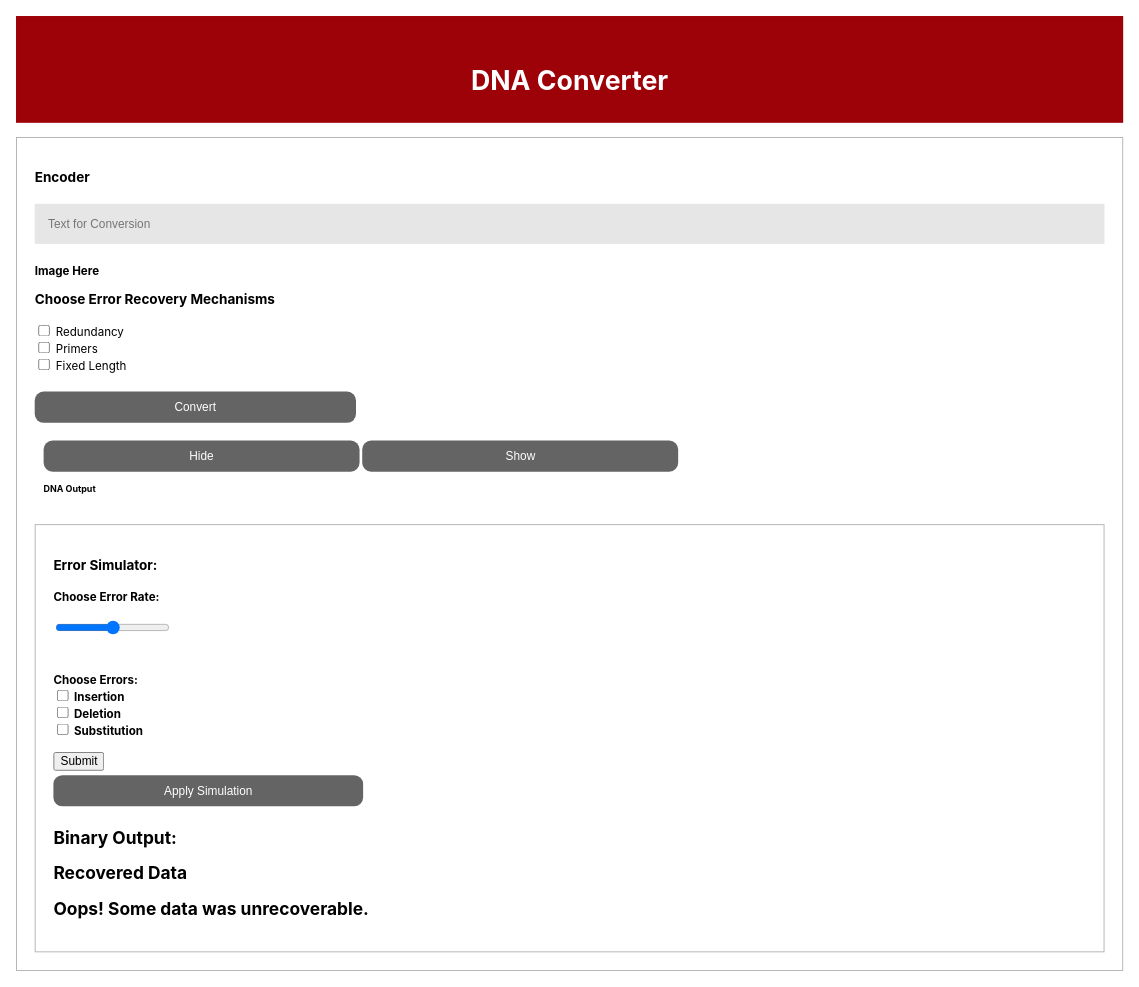
Repository: komalharjani/MSc-Thesis-DNA-Storage
Page: index.html
An editor plug-in stored every save of this project. The page is shown before and after the next save, followed by the edit.
The browser window is 1280 px wide. The pictures show the whole page, at 89% of full size.

Above is the page before, as saved 2020-08-16 22:31:07.

### index.html
<!DOCTYPE html>
<html lang="en">

<head>
    <link href="index.css" rel="stylesheet">
    <meta charset="UTF-8">
    <meta name="viewport" content="width=device-width, initial-scale=1.0">
    <title>Document</title>
    <script src="https://ajax.googleapis.com/ajax/libs/jquery/3.5.1/jquery.min.js"></script>
</head>

<body>
    <div id="LoginPage">
        <div class="header"><br>
            <h2> DNA Converter </h2>
        </div><br>

        <div class="loginContainer">
            <h3>Encoder</h3>
            <input type="text" placeholder="Text for Conversion" id="textToConvert" required class="input">
            <label for="text"><b>Image Here</b></label>
            <h3>Choose Error Recovery Mechanisms</h3>
            <form>
                <input type="checkbox" id="vehicle1" name="vehicle1" value="Bike">
                <label for="vehicle1"> Redundancy </label><br>
                <input type="checkbox" id="vehicle2" name="vehicle2" value="Car">
                <label for="vehicle2"> Primers </label><br>
                <input type="checkbox" id="vehicle3" name="vehicle3" value="Boat">
                <label for="vehicle3"> Fixed Length</label><br><br>
            </form>
            <button onclick="onSubmit()" id="submit">Convert</button><br>

            <div class="row">
                <div class="column">
                    <button id="hide">Hide</button>
                <button id="show">Show</button>
                  <h2>DNA Output</h2>
                  <p id="dnaOutput"></p>
            </div>

            <script>
                $(document).ready(function(){
                  $("#hide").click(function(){
                    $("p").hide();
                  });
                  $("#show").click(function(){
                    $("p").show();
                  });
                });
                </script>

        </div><br>
        <div class="loginContainer">
            <h3>Error Simulator:</h3>
            <h4>Choose Error Rate:</h4>
            <input type="range" name="rangeInput" min="0" max="10" onchange="updateTextInput(this.value);">
            <input type="number" id="textInput" value="" class="range" max="10"><br>
            <h4>Choose Errors:</h4<br>
                <form>
                    <input type="checkbox" id="vehicle1" name="vehicle1" value="Bike">
                    <label for="vehicle1"> Insertion </label><br>
                    <input type="checkbox" id="vehicle2" name="vehicle2" value="Car">
                    <label for="vehicle2"> Deletion </label><br>
                    <input type="checkbox" id="vehicle3" name="vehicle3" value="Boat">
                    <label for="vehicle3"> Substitution </label><br><br>
                    <input type="submit" value="Submit">
                </form>
                <button onclick="" id="error">Apply Simulation</button><br>
                <!--Take Error Rate from On Submit-->
                <h2>Binary Output:</h2>
                <h2>Recovered Data</h2>
                <h2>Oops! Some data was unrecoverable. </h2>
        </div>
    </div>

</body>
<script src="index.js"></script>

</html>

### index.css
body {
    background-color:white;
    resize: both;
    overflow: auto;
}

.labelText {
  width: 100%;
  padding: 15px;
  margin: 5px 0 22px 0;
  display: inline-block;
  border: none;
  background: #cacaca;
}

.search {
  width: 30%;
  padding: 15px;
  margin: 5px 0 22px 0;
  display: inline-block;
  border: none;
  background: #e6e6e6;
}

.runBtn {
  background-color: #000000;
  border: 1px solid #ffffff;
  color: rgb(255, 255, 255);
  padding: 14px 20px;
  margin-top: 5px;
  margin-bottom: 5px;
  margin-right: 2px;
  margin-left: 0;
  border: none;
  cursor: pointer;
  width: 100%;
  opacity: 0.9;
  font-size: 15px;
}

#map{
  height: 400px;
  width: 100%;
}

#profile {
  border-radius: 50%;
}

.profile {
    padding: 10px;
    text-align: center;
    height: auto;
}

/* Full-width input fields */
.input {
  width: 100%;
  padding: 15px;
  margin: 5px 0 22px 0;
  display: inline-block;
  border: none;
  background: #e6e6e6;
}

.range {
  margin: 5px 0 22px 0;
  display: inline-block;
  border: none;
  text-align: right;
}

li {
  width: 100%;
  padding: 15px;
  margin: 5px 0 22px 0;
  display: inline-block;
  border: none;
  background: #cacaca;
}

ul {
  padding: 0;
}


/* Add a background color when the inputs get focus */
input[type=text]:focus, input[type=password]:focus {
  background-color: rgb(184, 184, 184);
  outline: none;
}

/* button {
  background-color: #000000;
  color: rgb(255, 255, 255);
  padding: 14px 20px;
  margin: 8px;
  border: none;
  cursor: pointer;
  width: 30%;
  opacity: 0.9;
  border-radius: 20px;
} */

.loginContainer {
  width: 100%;
  float: center;
  padding: 20px;
  border: 0.5px solid #afafaf;
  height: auto;

}

.row:after {
  content: "";
  display: table;
  clear: both;
}

.column {
  float: left;
  width: 100%;
  padding: 10px;
  height: auto;
  font-size: 5pt;
  word-break:break-all;
}

#button {
  background-color: #4CAF50; /* Green */
  border: none;
  color: white;
  padding: 15px 32px;
  text-align: center;
  text-decoration: none;
  display: inline-block;
  font-size: 16px;
}

/* Set a style for all buttons */
.button {
  background-color: #000000;
  color: rgb(255, 255, 255);
  padding: 10px;
  width: 100%;
  border: none;
  border-radius: 10px;
}

button {
  background-color: rgb(100, 100, 100);
  color: rgb(255, 255, 255);
  padding: 10px;
  width: 30%;
  margin-top: 5px;
  margin-bottom: 5px;
  margin-right: 2px;
  margin-left: 0;
  border: none;
  border-radius: 10px;
}

button:hover {
  opacity: 0.8;
}

/* Extra styles for the cancel button */
.cancelbtn {
  padding: 14px 20px;
  background-color: whitesmoke;
}

/* Float cancel and signup buttons and add an equal width */
.cancelbtn, .signupbtn {
  float: right;
  width: 100%;
}


/* Style the horizontal ruler */
hr {
  border: 1px solid #f1f1f1;
  margin-bottom: 25px;
}

/* Change styles for cancel button and signup button on extra small screens */
@media screen and (max-width: 300px) {
  .cancelbtn, .signupbtn {
     width: 100%;
  }
}
/* OLD BELOW!!!!! */

* {
    box-sizing: border-box;
  }

  /* Add a gray background color with some padding */
  body {
    font-family: -apple-system, BlinkMacSystemFont, 'Segoe UI', Roboto, Oxygen, Ubuntu, Cantarell, 'Open Sans', 'Helvetica Neue', sans-serif;
    padding: 10px;
    background: #ffffff;
    font-size: 13px;
  }
  table {
    font-family: arial, sans-serif;
    border-collapse: collapse;
    width: 100%;
  }

  td, th {
    border: 1px solid #dddddd;
    text-align: left;
    padding: 8px;
  }

  tr:nth-child(even) {
    background-color: #dddddd;
  }
  /* Header Title */
  .header {
    padding: 5px;
    font-size: 20px;
    text-align: center;
    background: #9d0208;
    color: white;
  }

  .login {
    width:300px;
    height:500px;
    position: fixed;
    top: 50%;
    left: 50%;
    margin-top: -125px;
    margin-left: -150px;
  }

  /* Split Screen into Columns */

  .rightcolumn {
    float: right;
    width: 50%;
    padding: 10px;
  }

  .leftcolumn {
    float: left;
    width: 20%;
    padding: 10px;
    background-color: rgb(255, 255, 255);
  }

  .left {
    float: right;
    width: 50%;
    background-color: rgb(255, 255, 255);
  }

  .right {
    float: right;
    width: 50%;
    background-color: rgb(255, 255, 255);
  }

  .centercolumn {
    float: left;
    width: 80%;
    padding: 10px;
    background-color: rgb(255, 255, 255);
  }

  .title {
    color: grey;
    font-size: 18px;
  }

  .rightcolumn {
    float: left;
    width: 30%;
    padding: 10px;
    background-color: rgb(255, 255, 255);
  }

  .box {
    background-color: rgb(255, 255, 255);
    width: 100%;
    padding: 15px;
  }


  .card {
     background-color: whitesmoke;
     padding: 15px;
  }

  .row:after {
    content: "";
    display: table;
    clear: both;
  }

  /* Footer */
  .footer {
    padding: 20px;
    text-align: center;
    background: #ddd;
    margin-top: 20px;
  }

  /* Responsive layout - when the screen is less than 800px wide, make the two columns stack on top of each other instead of next to each other */
  @media screen and (max-width: 800px) {
    .leftcolumn, .rightcolumn {
      width: 100%;
      padding: 0;
    }
  }

  tr:nth-child(even) {
    background-color: #3b37377c;
  }

  button:hover {
    opacity:1;
  }

  /* Extra styles for the cancel button */
  .cancelbtn {
    padding: 14px 20px;
    background-color: #000000;
  }

  /* Float cancel and signup buttons and add an equal width */
  .cancelbtn, .signupbtn {
    float: right;
    width: 100%;
  }

  .containerForm {
    width: 50%;
    float: left;
    padding: 10px;
    background-color: rgb(255, 255, 255);
  }

  /* Add padding to container elements */
  .container {
    width: 100%;
    float: left;
    padding: 10px;
    background-color: rgb(255, 255, 255);
  }

  #result {
    color: red;
  }

  .submitComment {
    background-color: white;
    color: black;
    border: 1px solid #888;
    width: 100%;
    float: right;
  }

  .submitComment :hover {
    background-color: rgb(138, 138, 138);
  }

  .readMore {
    background-color: rgb(216, 216, 216);;
    color: black;
    width: 40%;
    margin: 5px;
  }

  .logoutBtn {
    color: white;
    background-color: #9d0208 ;
    border: 1px solid rgb(255, 255, 255);
    margin: 10px;
  }

  .logoutBtn:hover {
    opacity: 0.7;
  }

  .register {
    color: black;
    background-color: white ;
    border: 1px solid rgb(255, 255, 255);
    margin: 10px;
    opacity: 0.8;
  }

  .register:hover {
    opacity: 1;
  }

  .runPostsStyle {
    background-color: rgb(255, 255, 255);
    padding: 20px;
    border-radius: 10px;
    margin-top: 20px;
    width: 100%;
    overflow: hidden;
    border: 1px solid rgb(0, 0, 0);
    columns: 2;
  }



  .commentPost {
    background-color: whitesmoke;
    padding: 20px;
    border-radius: 10px;
    margin-top: 20px;
    width: 100%;
    overflow: hidden;
  }

  .mapStyle {
    background-color: rgb(94, 0, 0);
    border-radius: 10px;
    width: 40%;
    height: 100px;
    border:solid black;
  }

  /* The Modal (background) */
  .modal {
    display: none; /* Hidden by default */
    position: fixed; /* Stay in place */
    left: 0;
    top: 0;
    width: 100%; /* Full width */
    height: 100%; /* Full height */
    overflow: auto; /* Enable scroll if needed */
    background-color:rgb(255, 255, 255);
    padding: 20px;
  }

  /* Modal Content/Box */
  .modal-content {
    background-color: #ffffff;
    margin: 5% auto 15% auto; /* 5% from the top, 15% from the bottom and centered */
    border: 1px solid #888;
    width: 80%; /* Could be more or less, depending on screen size */
  }

  .postTitle {
    font-size: 20px;
    font-weight: bold;
    color: #9d0208;
  }

  .dateDisplay {
    font-size: 20px;
    font-weight: bold;
  }

  .toFrom {
    font-size: 14px;
    font-weight: bold;
  }

  /* Style the horizontal ruler */
  hr {
    border: 1px solid #f1f1f1;
    margin-bottom: 25px;
  }

  /* The Close Button (x) */
  .close {
    position: absolute;
    right: 35px;
    top: 15px;
    font-size: 40px;
    font-weight: bold;
    color: #000000;
  }

  .close:hover,
  .close:focus {
    color: #ff8484;
    cursor: pointer;
  }

  /* Clear floats */
  .clearfix::after {
    content: "";
    clear: both;
    display: table;
  }

  /* Change styles for cancel button and signup button on extra small screens */
  @media screen and (max-width: 300px) {
    .cancelbtn, .signupbtn {
       width: 100%;
    }
  }

  .dropbtn {
    background-color: #E6E6E6;
    color: rgb(85, 85, 85);
    padding: 16px;
    font-size: 16px;
    border: none;
    width: 100px;
    cursor: pointer;
  }

  .dropbtn:hover, .dropbtn:focus {
    background-color: rgb(187, 187, 187);
  }

  .dropdown {
    position: relative;
    display: inline-block;
  }

  .dropdown-content {
    display: none;
    position: absolute;
    background-color: #f1f1f1;
    min-width: 160px;
    overflow: auto;
    box-shadow: 0px 8px 16px 0px rgba(0,0,0,0.2);
    z-index: 1;
  }

  .dropdown-content a {
    color: black;
    padding: 12px 16px;
    text-decoration: none;
    display: block;
  }

  .dropdown a:hover {background-color: #ddd;}

  .show {display: block;}

Loaded but not shown: index.js (370 lines, source omitted)

After the next save:
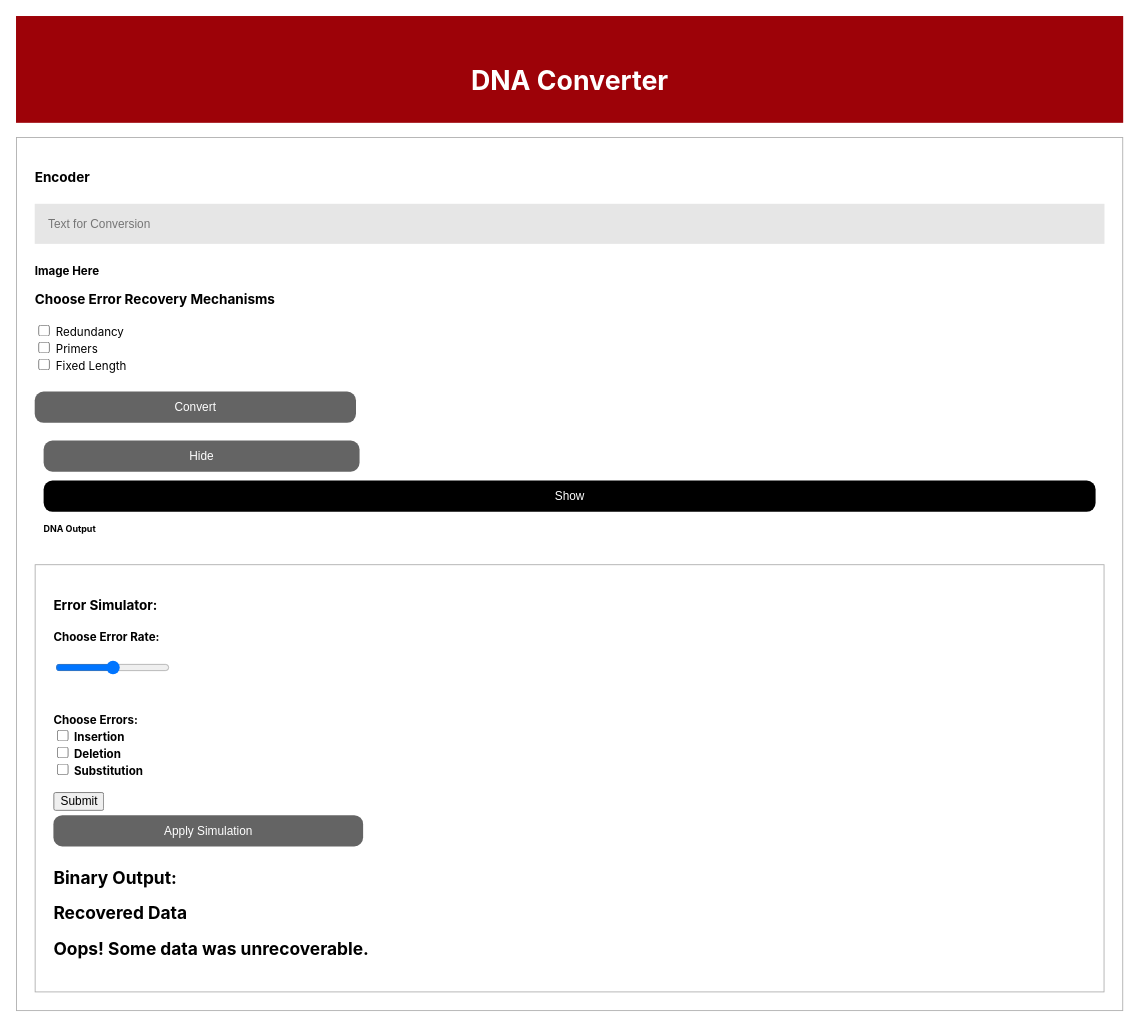
Saved 9 s later.
--- a/index.html
+++ b/index.html
@@ -33,7 +33,7 @@
             <div class="row">
                 <div class="column">
                     <button id="hide">Hide</button>
-                <button id="show">Show</button>
+                <button class="button" id="show">Show</button>
                   <h2>DNA Output</h2>
                   <p id="dnaOutput"></p>
             </div>
